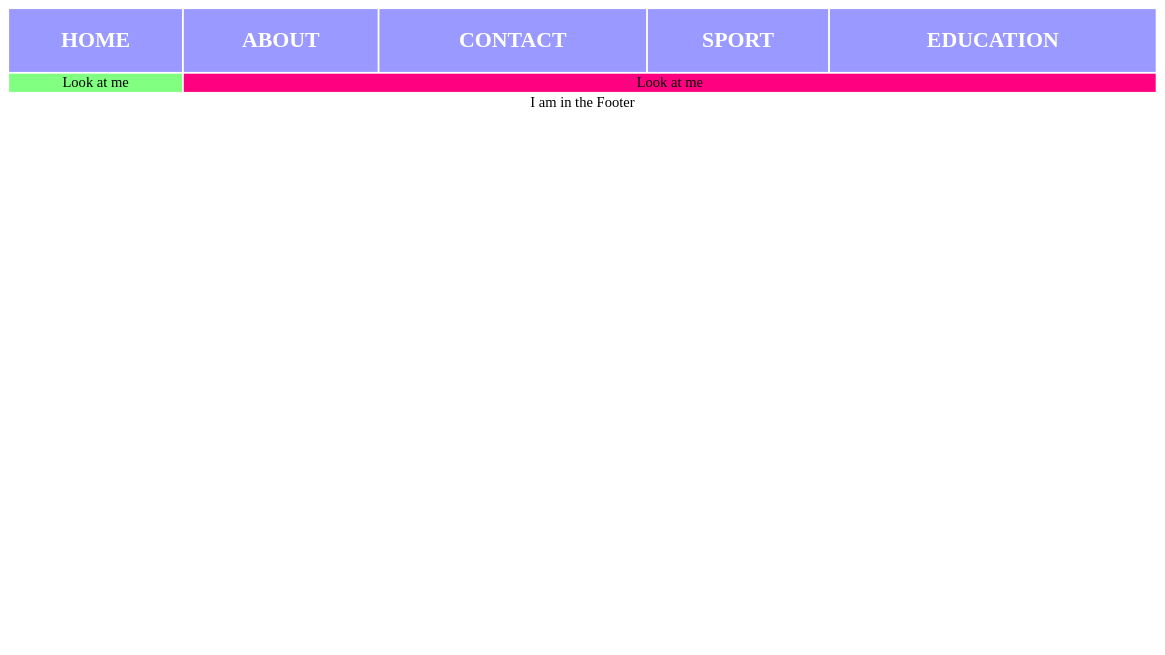
Repository: LiamMcC/webforDunboyne
Page: memewebsite/index.html
The author's editor kept a record of every edit. The page is drawn from the files as they stood at one moment, then again after the next edit.
The browser window is 1280 px wide. The pictures show the whole page, at 91% of full size.

Above is the page before.

After the next edit:
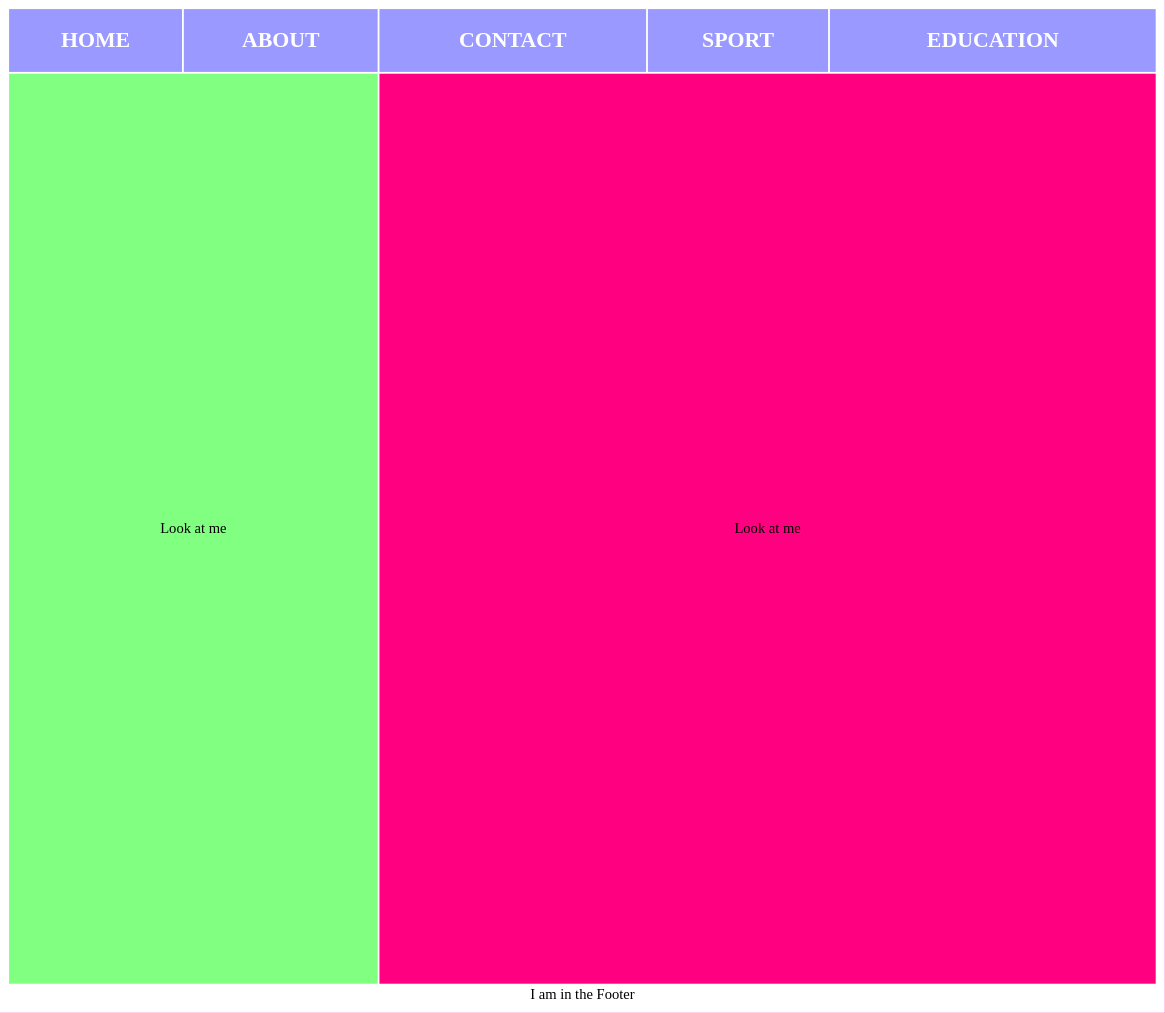
The edit:
--- a/memewebsite/index.html
+++ b/memewebsite/index.html
@@ -17,9 +17,12 @@
 
          </tr>
 
-          <tr>
-              <td colspan="1" style="background-color:#80ff80;">Look at me</td>
-              <td colspan="4" style="background-color:#ff0080;">Look at me</td>
+          <tr style="height:1000px;">
+              <td colspan="2" style="background-color:#80ff80;">Look at me</td>
+
+              <!-- Main content -->
+
+              <td colspan="3" style="background-color:#ff0080;">Look at me</td>
           </tr>
 
           <tr>
